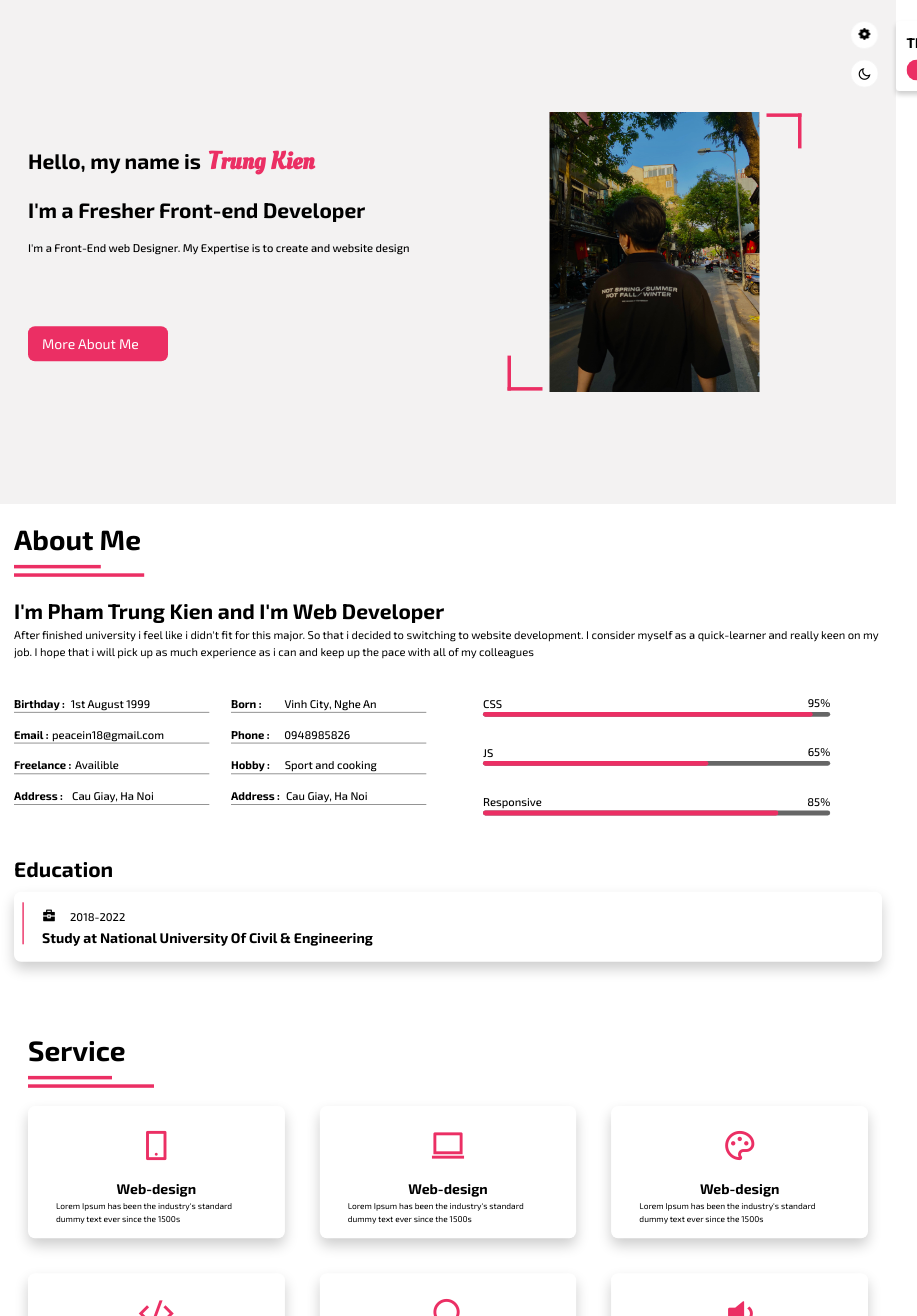
Repository: kien181999/First-Project
Page: index.html
An editor plug-in stored every save of this project. The page is shown before and after the next save, followed by the edit.
The browser window is 1280 px wide. The page is 1310 px wide, so the pictures cover 1310 px, including what lies to the right of the window. The pictures show the part of the page from y = 0 to 1880 px (the page is 2917 px tall), at 70% of full size.
The style sheet was rebuilt from its Sass, Less or Tailwind sources for each picture, by a compiler version that may differ from the author's.

Above is the page before, as saved 2022-06-05 00:46:42.

After the next save:
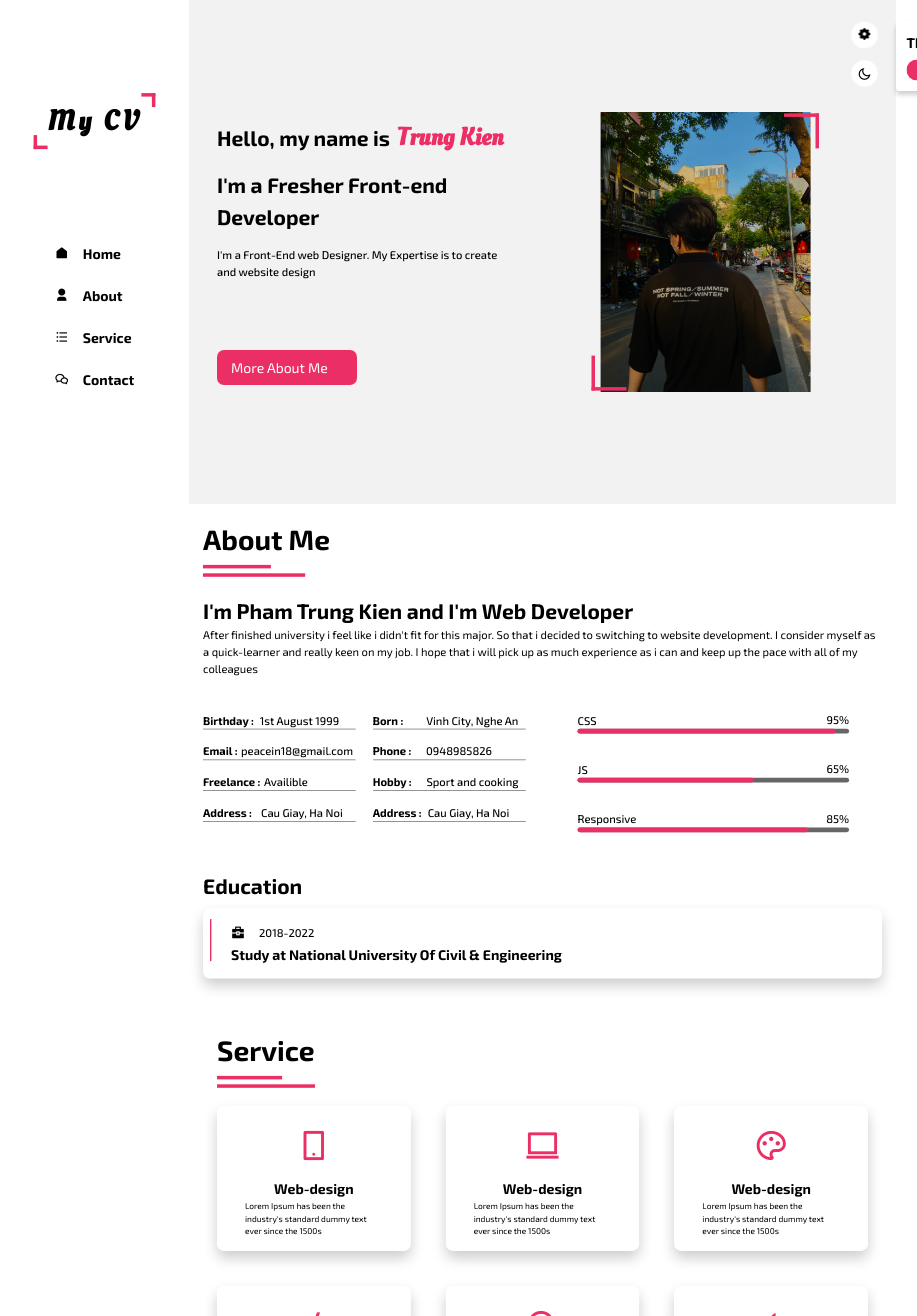
Saved 10 s later.
--- a/sass/_content.scss
+++ b/sass/_content.scss
@@ -2,7 +2,7 @@
   background-color: var(--light-grey-color-2);
   height: 100%;
   position: absolute;
-
+  left: 27rem;
 }
 .section{
     padding: 3rem 4rem;
